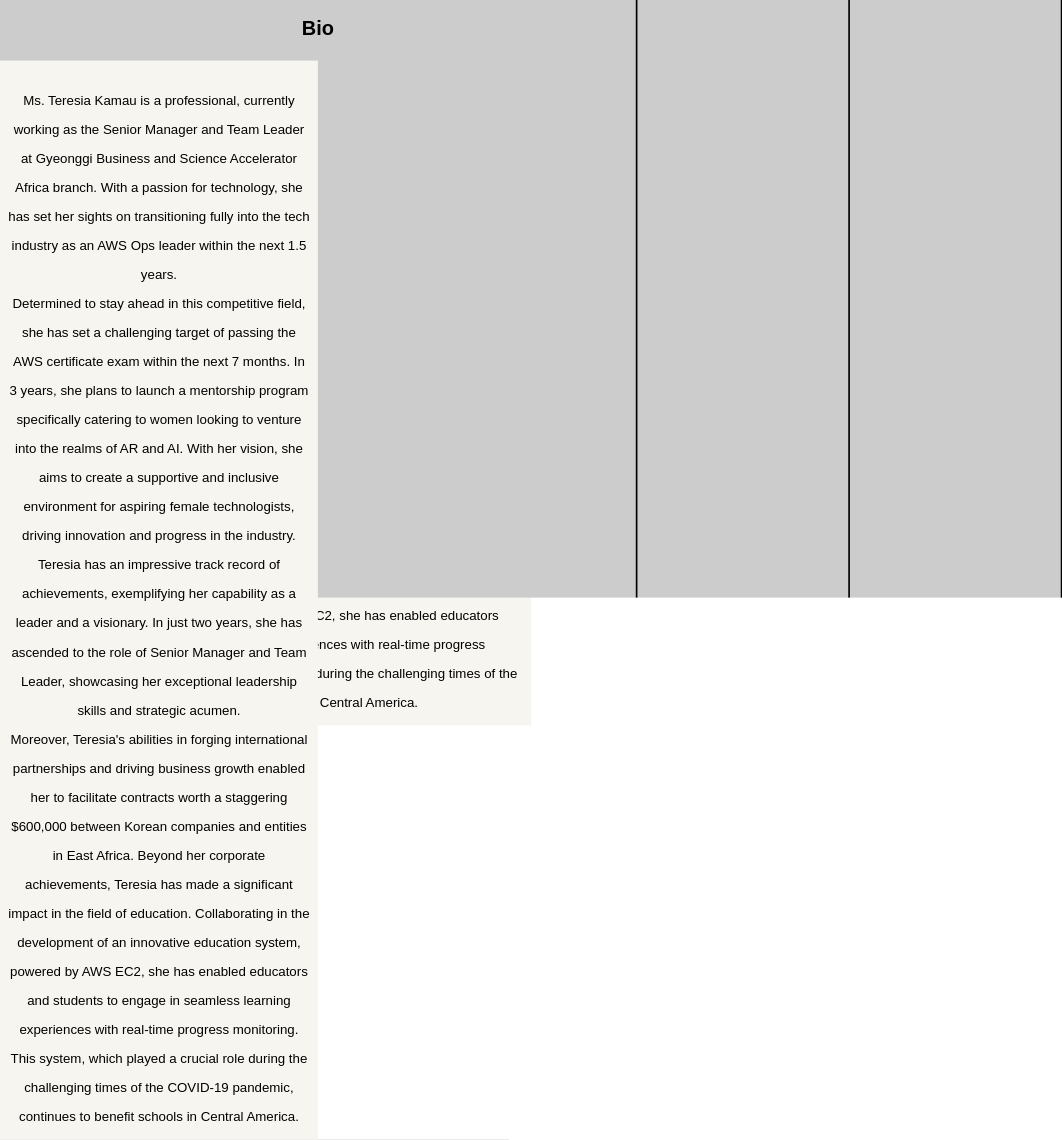
Repository: tessa5/developerPortfolio
Page: public/bio.html
The author's editor kept a copy of each file at every save. The page is drawn from the files as they stood at one save, then again after the next save.
The browser window is 1280 px wide. The pictures show the whole page, at 83% of full size.

Above is the page before, as saved 2023-08-08 14:37:08.

After the next save:
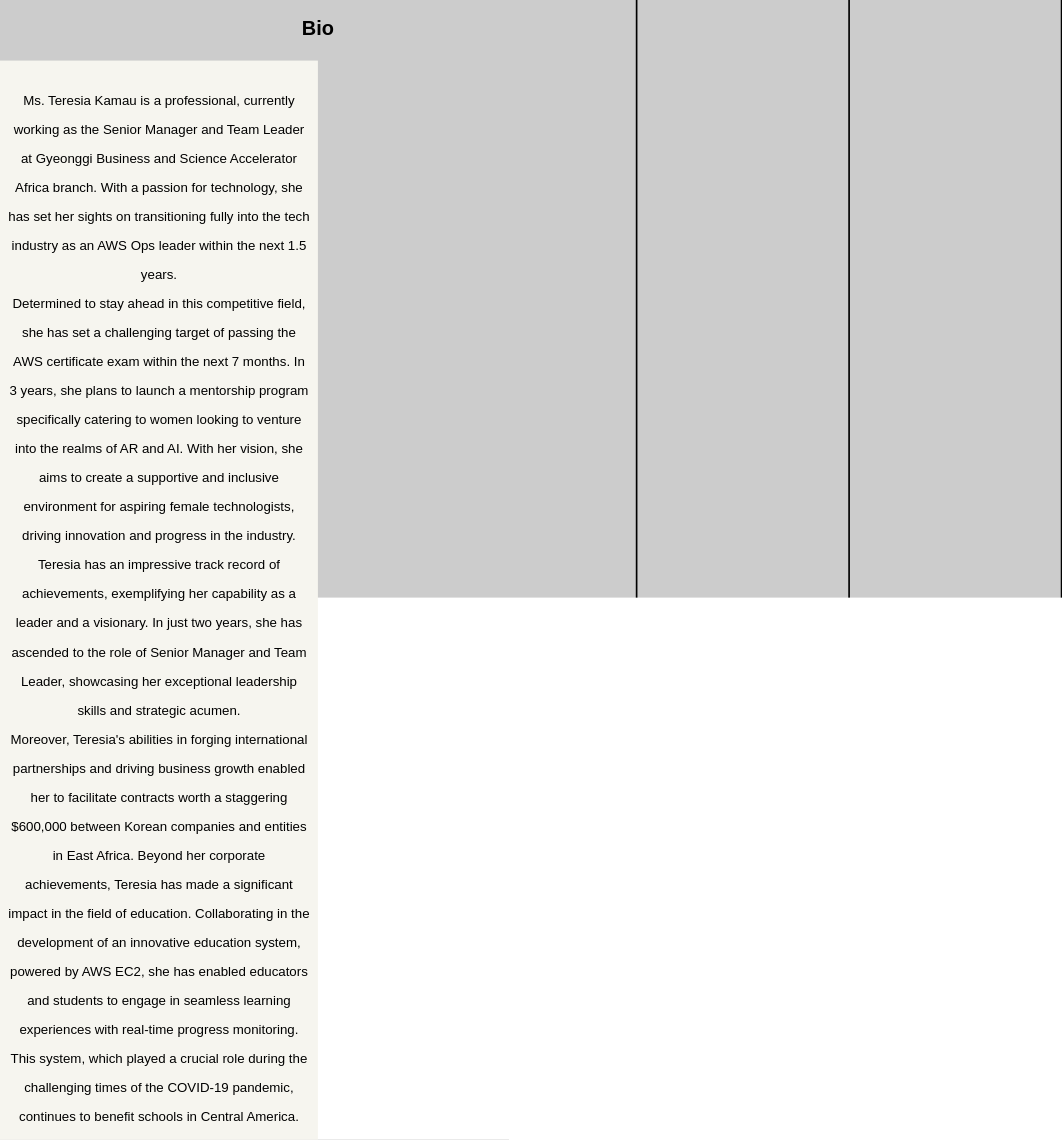
Saved 6 s later.
--- a/public/bio.html
+++ b/public/bio.html
@@ -26,13 +26,6 @@ Beyond her corporate achievements, Teresia has made a significant impact in the
         </ul>
 
     </section>
-    <h3>Bio</h3>
-    <p class="bio">
-        Ms. Teresia Kamau is a professional, currently working as the Senior Manager and Team Leader at Gyeonggi Business and Science Accelerator Africa branch. With a passion for technology, she has set her sights on transitioning fully into the tech industry as an AWS Ops leader within the next 1.5 years. <br/>Determined to stay ahead in this competitive field, she has set a challenging target of passing the AWS certificate exam within the next 7 months.
-In 3 years, she plans to launch a mentorship program specifically catering to women looking to venture into the realms of AR and AI. With her vision, she aims to create a supportive and inclusive environment for aspiring female technologists, driving innovation and progress in the industry.
-<br/>Teresia has an impressive track record of achievements, exemplifying her capability as a leader and a visionary. In just two years, she has ascended to the role of Senior Manager and Team Leader, showcasing her exceptional leadership skills and strategic acumen. <br/>Moreover, Teresia's abilities in forging international partnerships and driving business growth enabled her to facilitate contracts worth a staggering $600,000 between Korean companies and entities in East Africa.
-Beyond her corporate achievements, Teresia has made a significant impact in the field of education. Collaborating in the development of an innovative education system, powered by AWS EC2, she has enabled educators and students to engage in seamless learning experiences with real-time progress monitoring. This system, which played a crucial role during the challenging times of the COVID-19 pandemic, continues to benefit schools in Central America.
 
-    </p>
 </body>
 </html>
